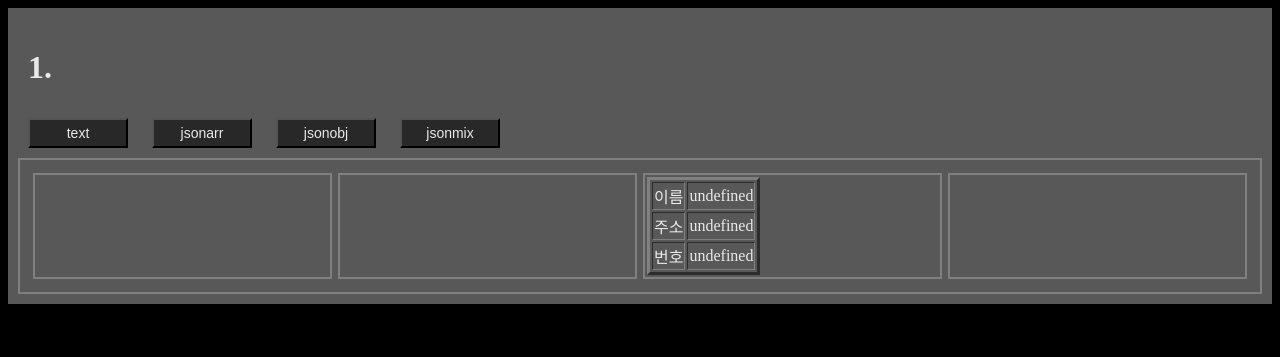
Repository: prawniel99/05_JQuery
Page: workspace/jqpro/WebContent/비동기3_XMLRequest/dataType.html
The author's editor kept a copy of each file at every save. The page is drawn from the files as they stood at one save, then again after the next save.
The browser window is 1280 px wide. The pictures show the whole page.
After loading, the first visible `#jobj` was clicked once.

Above is the page before, as saved 2024-08-22 02:58:40.

### workspace/jqpro/WebContent/비동기3_XMLRequest/dataType.html
<!DOCTYPE html>
<html lang="kr">
<head>
    <meta charset="UTF-8">
    <meta name="viewport" content="width=device-width, initial-scale=1.0">
    <title>JSON</title>

    <link rel="stylesheet" href="../css/public.css">
    <script src="../js/jquery-3.7.1.js"></script>

    <style>
        #res {
        	display: flex;
        	flex-direction: row;
        }

        .item {
            flex: 25%;
            margin: 3px;
            padding: 2px;
        }
    </style>

    <script>

        const xhr = new XMLHttpRequest();
        console.log(xhr);

        $(()=>{

            $('#text').on('click', function(){

                // 요청
                xhr.open('get', 'text.jsp', true);
                xhr.send();

                // 응답
                xhr.onload = function(){
                    if(xhr.readyState == 4 && xhr.status == 200){
                        res = xhr.responseText; // json형식의 text문자열
                        // res = 홍길동/개나리/진달래/무궁화/수선화/라일락

                        // 배열로 만들기. 가져온 res 직렬 텍스트를 / 기준으로 잘라서
                        arr = res.split("/");

                        // 출력 형식 만들기
                        code = "<ul>";
                        for(item of arr){
                        	code += "<li>"+item+"</li>";
                        }
                        code += "</ul>";

                        // 출력
                        $('#result1').html(code);
                    }
                }
            }) // #text click 끝



            $('#jarr').on('click', function(){
            	xhr.open('get', 'jarr.jsp', true);
                xhr.send();

                xhr.onload = function(){
                    if(xhr.readyState == 4 && xhr.status == 200){
                    	res = this.responseText;
                        // res = ["홍길동", "개나리", "진달래", "수선화", "백장미", "코스모스"] // 이거랑 같은거

                        jres = JSON.parse(res); // 텍스트 기반의 json 배열 데이터를 script 객체로 변환한다 = 역직렬화. 직렬화는 stringify, gson은 toJSON from JSON.
                        code = "<ol>";
                        // for(a of jres){
                        //     code += `<li>${a}</li>`;
                        // }
                        $.each(jres, function(i, v){
                        	code += "<li>"+jres[i]+"</li>";
                        })
                        code += "</ol>";

                        $('#result2').html(code);

                    }
                }
            }) // #jarr click 끝



            $('#jobj').on('click', function(){
            	xhr.open('get', 'jobj.jsp', true);
                xhr.send();

                xhr.onload = function(){
                    if(xhr.readyState == 4 && xhr.status == 200){ // 위에 function() 으로 하고, ()=> 화살표로 안하면, xhr.ready 말고 this.ready 할 수 있음. 왜..
                    	res = this.responseText;

                        // 출력모양
                        code = "<table border='3'>";
                        code += "<tr><td>이름</td>";
                        code += "<td>"+res.name+"</td></tr>";

                        code += "<tr><td>주소</td>";
                        code += "<td>"+res.addr+"</td></tr>";

                        code += "<tr><td>번호</td>";
                        code += "<td>"+res.tel+"</td></tr>";
                        code += "</table>"



                        $('#result3').html(code);
                    }
                }
            }) // #jobj click 끝





        })
    </script>

</head>

<body>

    <div class="box">
        <h1>
        	1.
        </h1>

        <input type="button" value="text" id="text" title="id">
        <input type="button" value="jsonarr" id="jarr" title="jarr">
        <input type="button" value="jsonobj" id="jobj" title="jobj">
        <input type="button" value="jsonmix" id="jmix" title="jmix">

        <br>

		<div id="res">
	        <div class="item" id="result1"></div>
	        <div class="item" id="result2"></div>
	        <div class="item" id="result3"></div>
	        <div class="item" id="result4"></div>
		</div>
    </div>

</body>

</html>

### workspace/jqpro/WebContent/css/public.css
@charset "UTF-8";

body {
	background-color: black;
	color: rgb(233, 233, 233);
}

pre {
	text-align: left;
	font-weight: bold;
	border-left: none;
	border-right: none;
	border-top: 11px double rgba(120,20,20,1);
	border-bottom: 11px double rgba(120,20,20,1);
	background: rgb(222,222,222);
}

h1 {
	padding-left: 10px;
	padding-top: 10px;
}

h3 {
	margin: 10px;
	margin-bottom: 10px;
}

div {
	border: 2px solid grey;
	padding: 10px;
	/* margin: 10px; */
}

.box {
	border: none;
	/* background-image: linear-gradient(rgba(255,155,155), rgba(155,255,155)); */
	background-color: rgb(88, 88, 88);
	/* margin: 10px; */
	/* padding: 20px; */
}

.box input[type=button] {
	margin: 10px;
	background: rgb(40,40,40);
	color: rgb(233, 233, 233);
	font-size: 14px;
	/* padding: 0; */
	width: 100px;
	height: 30px;
	/* border-radius: 10px; */
}


#res {
	display: flex;
	flex-direction: row;
}

.item {
	flex: 25%;
	margin: 3px;
	padding: 2px;
}

Loaded but not shown: workspace/jqpro/WebContent/js/jquery-3.7.1.js (library)

After the next save:
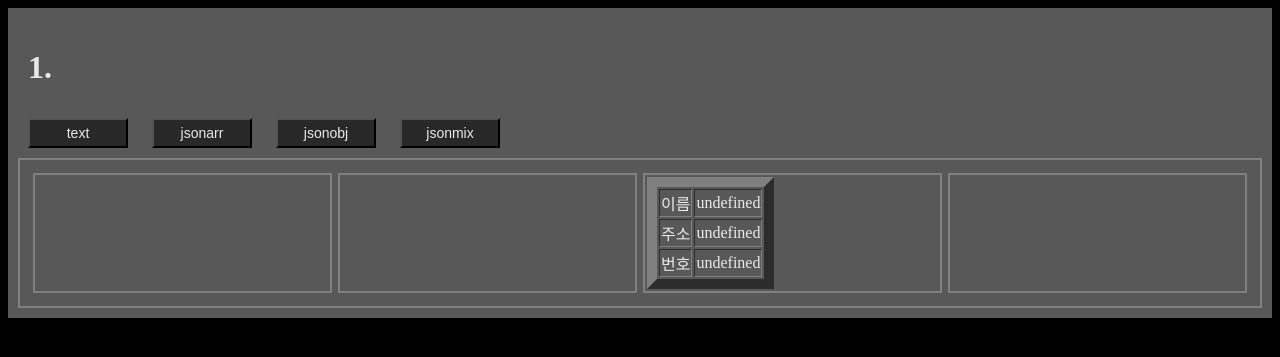
Saved 9 s later.
--- a/workspace/jqpro/WebContent/비동기3_XMLRequest/dataType.html
+++ b/workspace/jqpro/WebContent/비동기3_XMLRequest/dataType.html
@@ -94,7 +94,7 @@
                     	res = this.responseText;
 
                         // 출력모양
-                        code = "<table border='3'>";
+                        code = "<table border='10'>";
                         code += "<tr><td>이름</td>";
                         code += "<td>"+res.name+"</td></tr>";
 
